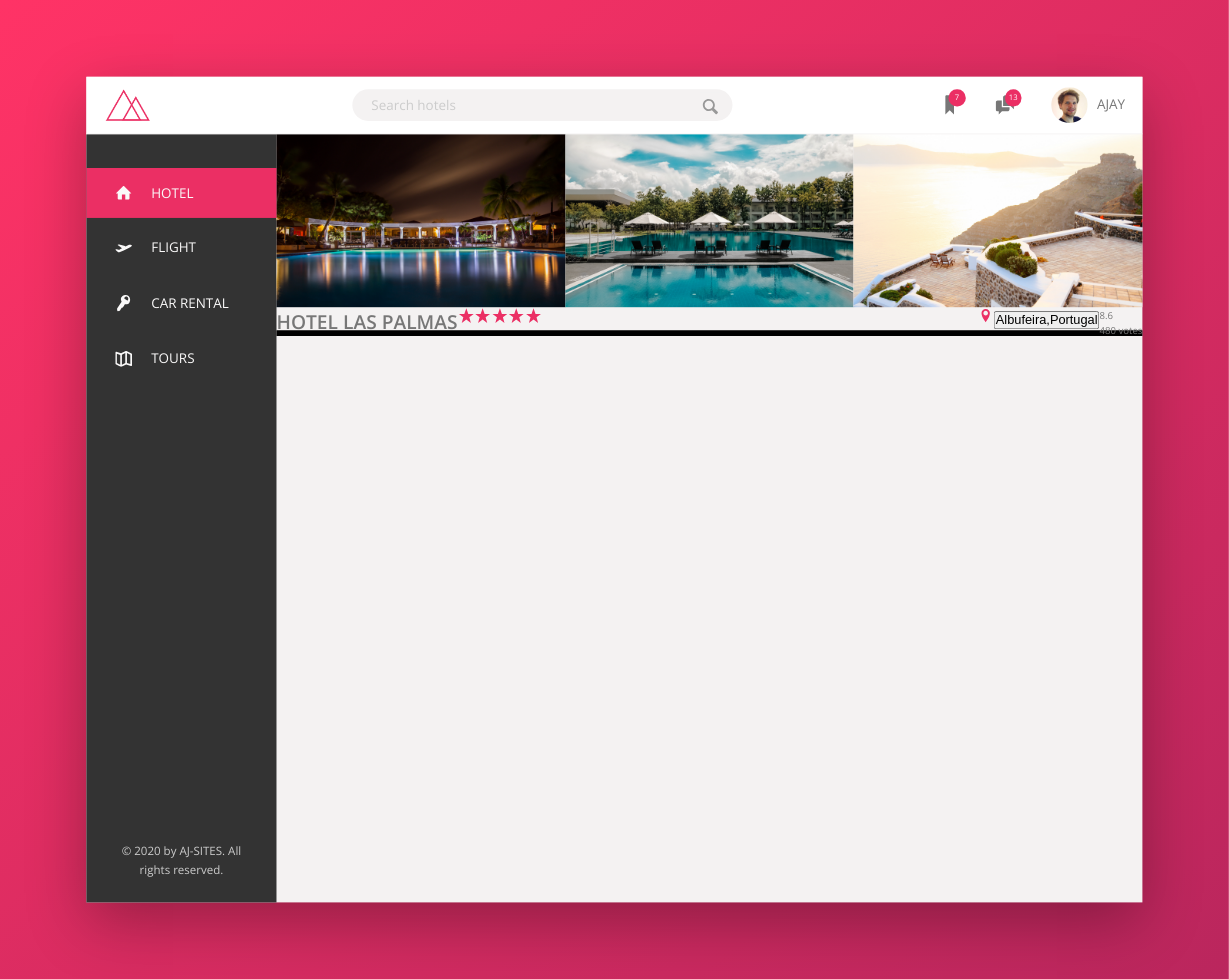
Repository: ajayaj2001/modern-Hotel
Page: /
These files come from the project's save history. The page is drawn as it stood at one moment and after the next save; the edit follows.
The browser window is 1280 px wide. The pictures show the whole page, at 96% of full size.
The project was rebuilt for these pictures with package versions that can differ from the ones it lists, and the page was loaded fresh each time.

Above is the page before, as saved 2020-12-13 20:10:50.

After the next save:
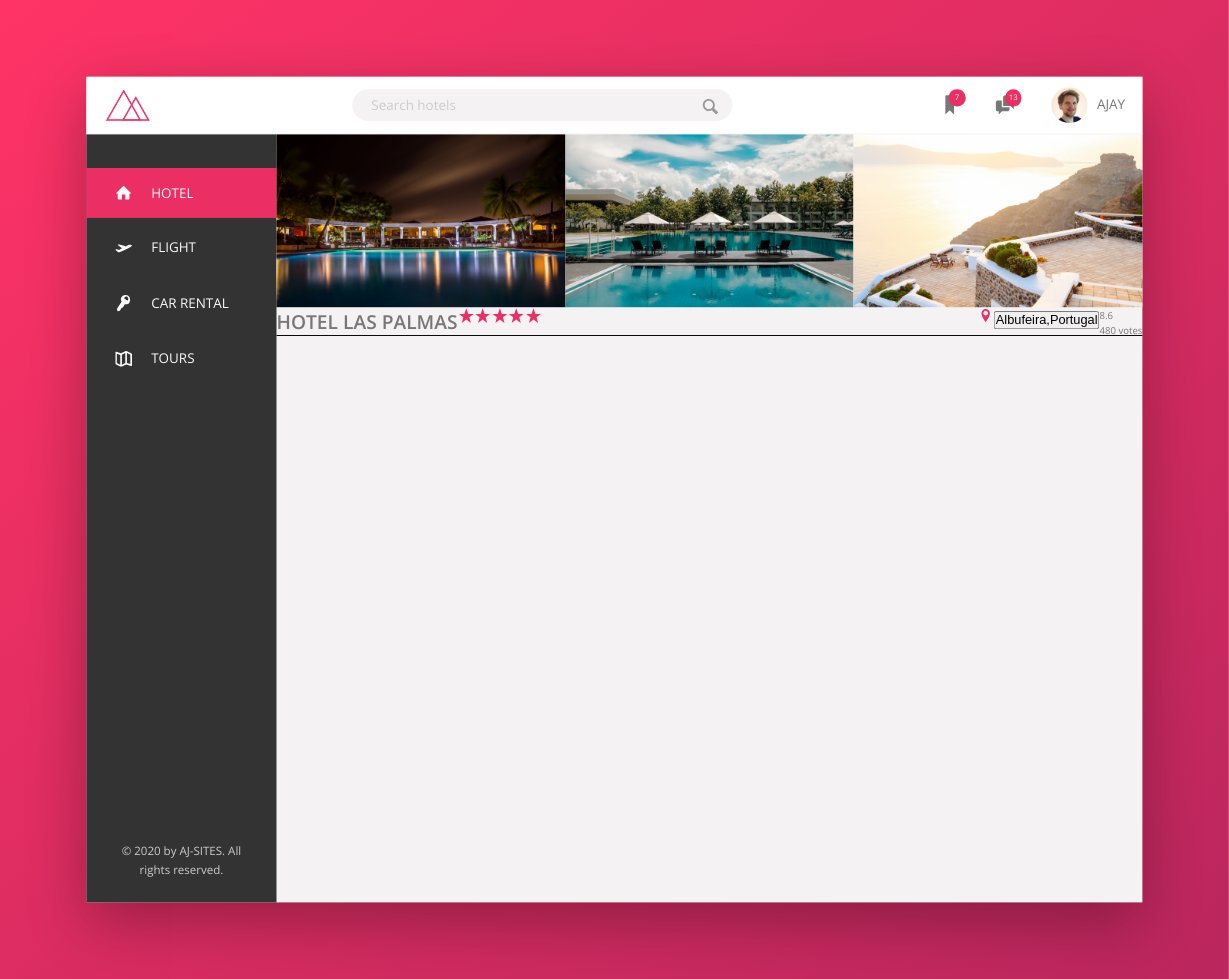
Saved 7 s later.
--- a/src/hotel-view/overview/Overview.scss
+++ b/src/hotel-view/overview/Overview.scss
@@ -8,7 +8,7 @@
 
 .overview {
     display: flex;
-    border-bottom: 6px solid black;
+    border-bottom: 1px solid black;
     height: 3rem;
     &__heading {
     }
